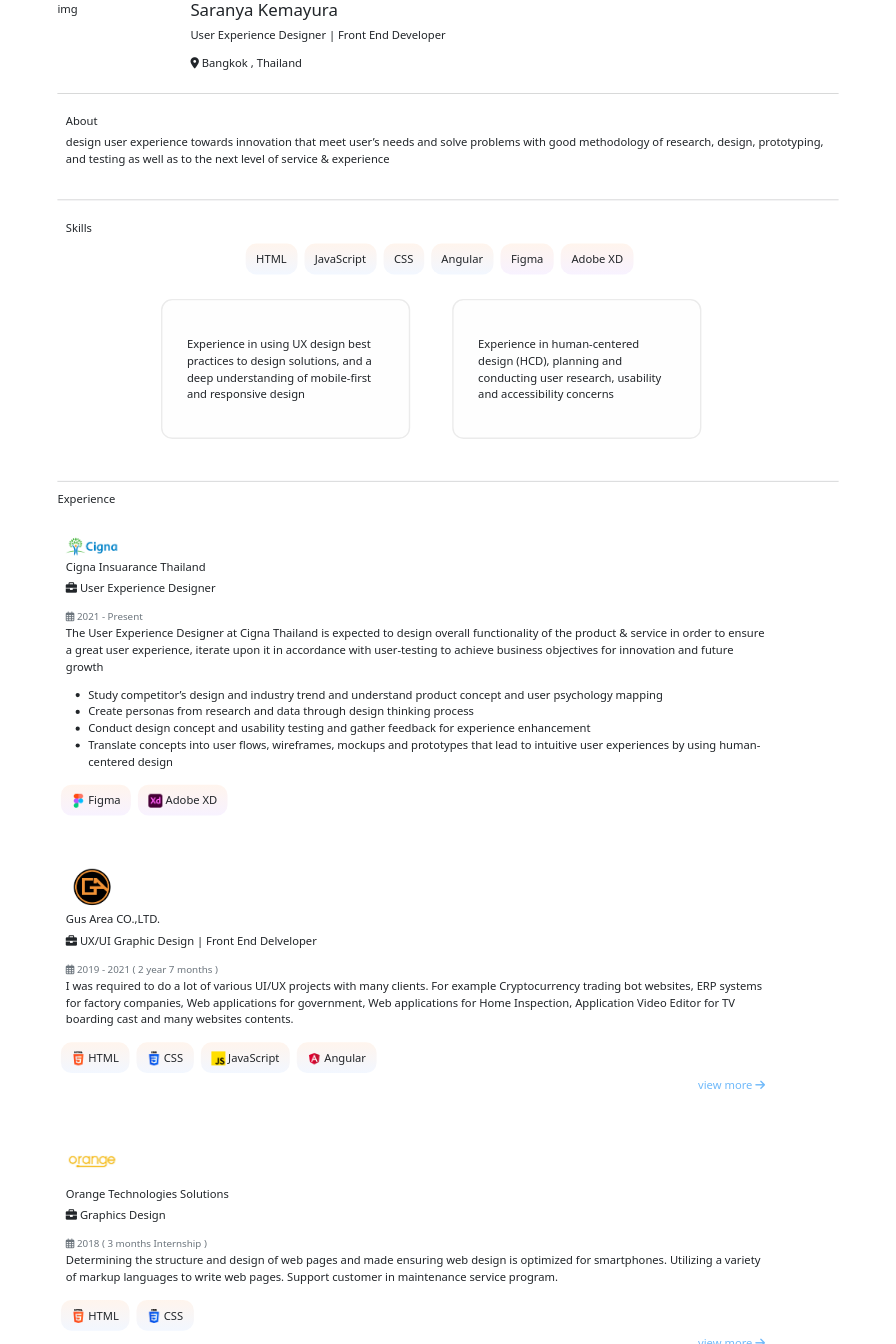
Repository: 0910th/portfolio
Page: index.html
These files come from the project's save history. The page is drawn as it stood at one moment and after the next save; the edit follows.
The browser window is 1280 px wide. The pictures show the part of the page from y = 0 to 1920 px (the page is 2727 px tall before and 3239 px after), at 70% of full size.

Above is the page before, as saved 2022-12-23 15:19:23.

### index.html
<!doctype html>
<html lang="en">

<head>
    <meta charset="utf-8">
    <meta name="viewport" content="width=device-width, initial-scale=1">
    <title>Saranya Portfolio</title>

    <link href="./css/bootstrap.min.css" rel="stylesheet" crossorigin="anonymous">
    <link href="./css/mystyle.css" rel="stylesheet" crossorigin="anonymous">
    <!--font awesome -->
    <link rel="stylesheet" href="./fontawesome/css/all.css" type="text/css">
    <link rel="stylesheet" href="./fontawesome/css/fontawesome.css">
    <link rel="stylesheet" href="./fontawesome/css/brands.css">
    <link rel="stylesheet" href="./fontawesome/css/solid.css">
</head>

<body>

    <div class="container-md">
        <!-- Content here -->
        <!-- section01 Name  -->
        <div class="row justify-content-start">
            <div class="col-2">
                img
            </div>
            <div class="col-10">
                <h4>Saranya Kemayura</h4>
                <p>User Experience Designer | Front End Developer</p>
                <p><i class="fa-solid fa-location-dot"></i> Bangkok , Thailand </p>
            </div>

        </div>
        <hr>
        <div class="row mg-30">

            <h6>About</h6>
            <p>design user experience towards innovation that meet user’s needs and solve problems with good methodology of
                research,
                design, prototyping, and testing as well as to the next level of service & experience</p>
        </div>
        <hr>
        <div class="row mg-30">
            <h6>Skills</h6>
            <div class="row justify-content-center">
                <div class="badge-text code">HTML</div>
                <div class="badge-text code">JavaScript</div>
                <div class="badge-text code">CSS</div>
                <div class="badge-text code">Angular</div>
                <div class="badge-text design">Figma</div>
                <div class="badge-text design">Adobe XD</div>
            </div>


            <div class="row">
                <div class="row justify-content-center">
                    <div class="col-md-4 col-sm-12 card-skills">
                        Experience in using UX design best practices to design solutions, and a deep understanding of mobile-first and
                        responsive design
                    </div>
                    <div class="col-md-4 col-sm-12 card-skills">
                        Experience in human-centered design (HCD), planning and conducting user research, usability and accessibility concerns
                    </div>
                </div>
            </div>

        </div>
        <hr>
        <div class="row">

            <h6>Experience</h6>
            <div class="row mg-30 vertical-line">
                <div class="col">
                    <img class="office-logo" src="/images/cignalogo.png">
                </div>
                <div class="col-11">
                    <h6> Cigna Insuarance Thailand </h6>
                    <p><i class="fa-solid fa-briefcase"></i> User Experience Designer </p>
                    <small class="text-muted"> <i class="fa-regular fa-calendar-days"></i> 2021 - Present </small>

                    <p > The User Experience Designer at Cigna Thailand is expected to design overall functionality of the product & service in
                    order to ensure a great user experience, iterate upon it in accordance with user-testing to achieve business objectives
                    for innovation and future growth </p>
                        <ul>
                            <li>Study competitor’s design and industry trend and understand product concept and user psychology mapping</li>
                            <li>Create personas from research and data through design thinking process</li>
                            <li>Conduct design concept and usability testing and gather feedback for experience enhancement</li>
                            <li>Translate concepts into user flows, wireframes, mockups and prototypes that lead to intuitive user experiences by
                            using human-centered design</li>
                        </ul>
                        <div class="row">
                            <div class="badge-text design"><img src="/images/figma.png" class="icon-logo"> Figma </div>
                            <div class="badge-text design"><img src="/images/xd.png" class="icon-logo"> Adobe XD </div>

                        </div>
                </div>

            </div>
            <div class="row mg-30 vertical-line">
                <div class="col">
                    <img class="office-logo" src="/images/guslogo.png">
                </div>
                <div class="col-11">
                    <h6> Gus Area CO.,LTD.   </h6>
                    <p> <i class="fa-solid fa-briefcase"></i> UX/UI Graphic Design | Front End Delveloper </p>
                    <small class="text-muted"> <i class="fa-regular fa-calendar-days"></i> 2019 - 2021 ( 2 year 7 months ) </small>

                    <p> I was required to do a lot of various UI/UX projects with many clients. For example Cryptocurrency trading bot websites,
                    ERP systems for factory companies, Web applications for government, Web applications for Home Inspection, Application
                    Video Editor for TV boarding cast and many websites contents.  </p>
                    <div class="row">
                        <div class="badge-text code"><img src="/images/html-5.png" class="icon-logo"> HTML </div>
                        <div class="badge-text code"><img src="/images/css-3.png" class="icon-logo"> CSS </div>
                        <div class="badge-text code"><img src="/images/js.png" class="icon-logo"> JavaScript </div>
                        <div class="badge-text code"><img src="/images/angular.png" class="icon-logo"> Angular </div>
                    </div>
                    <div class="align-end">
                        <a href="https://drive.google.com/file/d/1GT6gE9DtqS3qcQ0BoRsfJf4KunN4CFvU/view?usp=share_link" target="_blank"> view
                            more <i class="fa-sharp fa-solid fa-arrow-right"></i> </a>
                    </div>

                </div>

            </div>
            <div class="row mg-30 vertical-line">
                <div class="col">
                    <img class="office-logo" src="/images/orangelogo.jpg">
                </div>
                <div class="col-11">
                    <h6> Orange Technologies Solutions   </h6>
                    <p> <i class="fa-solid fa-briefcase"></i> Graphics Design </p>
                    <small class="text-muted"> <i class="fa-regular fa-calendar-days"></i> 2018 ( 3 months Internship ) </small>

                    <p> Determining the structure and design of web pages and made
                        ensuring web design is optimized for smartphones. Utilizing a variety of
                        markup languages to write web pages. Support customer in maintenance
                        service program. </p>
                    <div class="row">
                        <div class="badge-text code"><img src="/images/html-5.png" class="icon-logo"> HTML </div>
                        <div class="badge-text code"><img src="/images/css-3.png" class="icon-logo"> CSS </div>
                    </div>
                    <div class="align-end">
                        <a href="https://drive.google.com/file/d/1MODC7KRE6SoKk1lN0rvdMFdlt3xqDC_x/view?usp=sharing" target="_blank"> view
                            more <i class="fa-sharp fa-solid fa-arrow-right"></i> </a>
                    </div>
                </div>

            </div>
            <div class="row mg-30 vertical-line">
                <div class="col">
                    <img class="office-logo" src="/images/siamlogo.jpg">
                </div>
                <div class="col-11">
                    <h6> Siam University </h6>
                    <p> <i class="fa-solid fa-graduation-cap"></i> Bachelor of Science,Computer Science </p>
                    <small class="text-muted"> <i class="fa-regular fa-calendar-days"></i> Jun 2014 - Oct 2018 </small>

                    <div class="row mg-30">
                        <div class="col-md-2"> Project Name </div>
                        <div class="col-md-10"> Web application management of data for cooperation and public
                        relations. </div>
                    </div>
                    <div class="row mg-30">
                        <div class="col-md-2"> Description </div>
                        <div class="col-md-10"> Manage Co-Operated Case Study For Baan Fah Green Park Royal
                            Thonburirom </div>
                    </div>
                    <div class="row mg-30">
                        <div class="col-md-2"> Responsibilities </div>
                        <div class="col-md-10"> Front-End, UX/UI Design, System Algorithm Design, Project Management. </div>
                    </div>
                    <div class="row">
                        <div class="row">
                            <div class="badge-text code"><img src="/images/html-5.png" class="icon-logo"> HTML </div>
                            <div class="badge-text code"><img src="/images/css-3.png" class="icon-logo"> CSS </div>
                            <div class="badge-text code"><img src="/images/js.png" class="icon-logo"> JavaScript </div>
                            <div class="badge-text code"><img src="/images/angular.png" class="icon-logo"> Angular </div>
                            <div class="badge-text code"><img src="/images/firebaselogo.png" class="icon-logo"> Firebase </div>

                        </div>
                    </div>
                    <div class="align-end">
                        <a href="https://drive.google.com/file/d/1-WiQ9sEVFjpiMQZhy3hezphQuEG-YV4b/view?usp=sharing" target="_blank"> view more <i class="fa-sharp fa-solid fa-arrow-right"></i> </a>
                    </div>
                </div>

            </div>
        </div>
        <hr>
        <h6>Licenses & Certificate</h6>
        <div class="row">


                <div class="col-md-6 mg-30">
                    <div class="row">
                        <div class="col-md-2">
                            <img class="office-logo" src="/images/tdclogo.jpg">
                        </div>
                        <div class="col-md-10">
                            <h6>User Experience UX(Design):Design Solutions for your Users</h6>
                            <p>Thammasat Design Center (TDC)</p>
                            <small class="text-muted"> Issued Feb 2022 </small>
                            <div class="">
                                <a class="btn btn-outline-primary"
                                    href="https://drive.google.com/file/d/1K9nLmPM9IpYpREJaLTQpupgg0pyApNxf/view?usp=sharing" target="_blank">Show
                                    credential <i class="fa-solid fa-up-right-from-square"></i> </a>
                            </div>
                        </div>
                    </div>

                </div>
                <div class="col-md-6 mg-30">
                    <div class="row">
                        <div class="col-md-2">
                            <img class="office-logo" src="/images/skooldiologo.jpg">
                        </div>
                        <div class="col-md-10">
                            <h6>UX Writing</h6>
                            <p>Skooldio (TDC)</p>
                            <small class="text-muted"> Issued Dec 2022 </small>
                            <div class="">
                                <a class="btn btn-outline-primary" href="https://drive.google.com/file/d/1BEAHY4evkZaUVi4WXsF9LlQV7Dov4a3x/view?usp=sharing" target="_blank">Show credential <i class="fa-solid fa-up-right-from-square"></i> </a>
                            </div>
                        </div>
                    </div>

                </div>

        </div>

    </div>

    <!-- script -->
    <script src="https://cdn.jsdelivr.net/npm/@popperjs/core@2.11.6/dist/umd/popper.min.js"
        integrity="sha384-oBqDVmMz9ATKxIep9tiCxS/Z9fNfEXiDAYTujMAeBAsjFuCZSmKbSSUnQlmh/jp3"
        crossorigin="anonymous"></script>
    <script src="https://cdn.jsdelivr.net/npm/bootstrap@5.2.3/dist/js/bootstrap.min.js"
        integrity="sha384-cuYeSxntonz0PPNlHhBs68uyIAVpIIOZZ5JqeqvYYIcEL727kskC66kF92t6Xl2V"
        crossorigin="anonymous"></script>
</body>

</html>

### css/mystyle.css

.text-right {
    text-align: right;
}
.mg-30 {
    margin: 30px 0px;
}
.badge-text {
    padding: 10px 15px;
    margin: 5px 5px;
    text-align: justify;
    vertical-align: middle;
    width: max-content;
    border-radius: 15px;

}
.badge-text.code {
    background-color: #f0f8ff;
    background: linear-gradient(180deg,rgba(255,153,80,.1),rgba(129, 177, 255, 0.1));
}
.badge-text.design {
    background-color: #fff3b7;
    background: linear-gradient(180deg,rgba(255,153,80,.1),rgba(184,129,255,.1));

}
.card-skills{
    background: #fefefe;
    border-radius: 16px;
    z-index: 0;
    border: 2px solid #ebebeb;
    padding: 50px 35px;
    margin: 30px;
}
.icon-logo {
    max-width: 20px;
    height: auto;
}
.office-logo {
    max-width: 75px;
}
.align-end {
    text-align: right;
}
.align-end a {
    text-decoration: none;
    color: #6fb9fa;
}
.align-end a:hover {
    color:#54adfa;
}
a.btn.btn-outline-primary {
    margin: 10px 0;
    color:  #6fb9fa;
    border: 2px solid #6fb9fa;

}
a.btn.btn-outline-primary:hover {
    color:  #ffffff;
    border-color: #54adfa;
    background-color:  #54adfa;
}
@media (max-width:450px) {
    .vertical-line {
        border-left: 2px solid #e3e3e3;
        margin-left: 15px;
    }
}

Loaded but not shown: css/bootstrap.min.css (library); fontawesome/css/all.css (library); fontawesome/css/fontawesome.css (library); fontawesome/css/solid.css (common file); fontawesome/css/brands.css (1432 lines, source omitted)

After the next save:
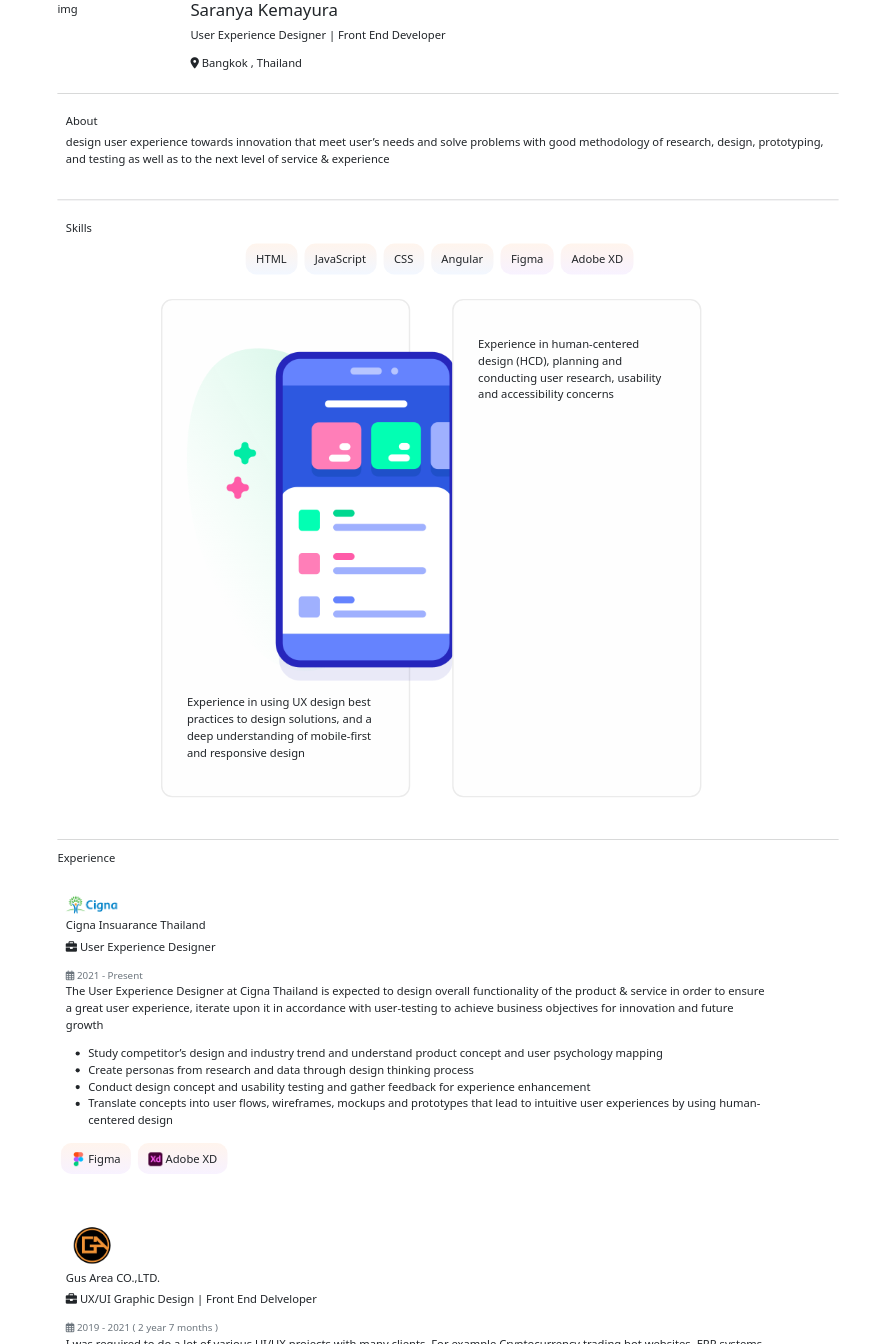
Saved 2 min 12 s later.
--- a/index.html
+++ b/index.html
@@ -55,6 +55,7 @@
             <div class="row">
                 <div class="row justify-content-center">
                     <div class="col-md-4 col-sm-12 card-skills">
+                        <img src="/images/user-interface.png">
                         Experience in using UX design best practices to design solutions, and a deep understanding of mobile-first and
                         responsive design
                     </div>
